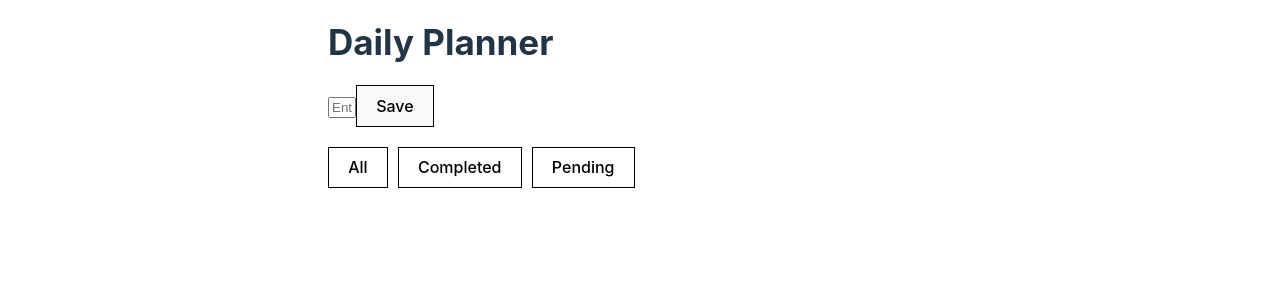
Repository: leslie179/lab4
Page: / (app in lab4/)
The author's editor kept a copy of each file at every save. The page is drawn from the files as they stood at one save, then again after the next save.
The browser window is 1280 px wide. The pictures show the whole page.
The project was rebuilt for these pictures with package versions that can differ from the ones it lists, and the page was loaded fresh each time. Also part of the build but not shown: lab4/vite.config.js, lab4/src/components/Task.jsx.

Above is the page before, as saved 2024-10-27 18:27:30.

### lab4/src/App.jsx
import { useState } from 'react'
import './App.css'

import Task from './components/Task'
import TaskForm from './components/TaskForm'

function App() {
  const [tasks, setTasks] = useState([])
  const [filter, setFilter] = useState("All")
  return (
    <div>
      <h1>Daily Planner</h1>
      <TaskForm setTasks={setTasks}/>
      <button className="filter-button" onClick={() => setFilter("All")}>All</button>
      <button className="filter-button" onClick={() => setFilter("Completed")}>Completed</button>
      <button className="filter-button" onClick={() => setFilter("Pending")}>Pending</button>
      <ul>
        {tasks && tasks.filter((task) => {
          if (filter === "All") {
            return true
          } else if (filter === "Completed") {
            return task.completed
          } else if (filter === "Pending") {
            return !task.completed
          }

          return true // not really necessary
        }).map((task, i) => {
          return <Task task={task} setTasks={setTasks} index={i} />
        })}
      </ul>

    </div>
  )
}

export default App

### lab4/src/App.css
#root {
  max-width: 1280px;
  text-align: left;
  padding-left: 20rem;
}

h1{
  font-size: 35px;
}

.filter-button{
  border: 1px solid black;
  background-color: white;
  margin-right: 10px;
  margin-top: 20px;
  border-radius: 0px;
}

.save{
  background-color: #00800;
  border-radius: 0px;
  border: 1px solid black;
}

.input{
width:20px;
}

.read-the-docs {
  color: #888;
}

### lab4/src/components/TaskForm.jsx
import { useState } from "react"

function TaskForm({ setTasks }) {
    const [currentTask, setCurrentTask] = useState()
    const save = () => {
        setTasks((currentTasks) => { // trick to get current state
            // im just naming it tmp for temporary
            const tmpTasks = [...currentTasks] // deep copy (tmpTasks is just a copy of currentTasks cause you cant just copy an array)
            tmpTasks.push({ task: currentTask, completed: false })
            return tmpTasks
        })
        setCurrentTask("")
    }
    // the onChange is a function that runs everytime the input text changes
    // everytime the input text changes update the state with the value of the text input
    return <div>
        <input className="input" type="text" onChange={(e) => setCurrentTask(e.target.value)} placeholder="Enter task here..."/>
        <button className="save" onClick={() => save()}>Save</button>
    </div>
}

export default TaskForm

Loaded but not shown: lab4/index.html (common file); lab4/src/main.jsx (common file); lab4/src/index.css (common file)

After the next save:
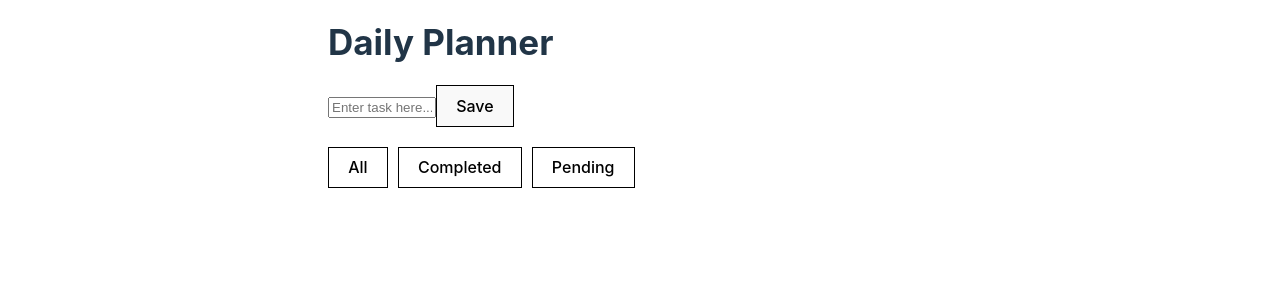
Saved 6 s later.
--- a/lab4/src/App.css
+++ b/lab4/src/App.css
@@ -23,7 +23,7 @@ h1{
 }
 
 .input{
-width:20px;
+width:100px;
 }
 
 .read-the-docs {
